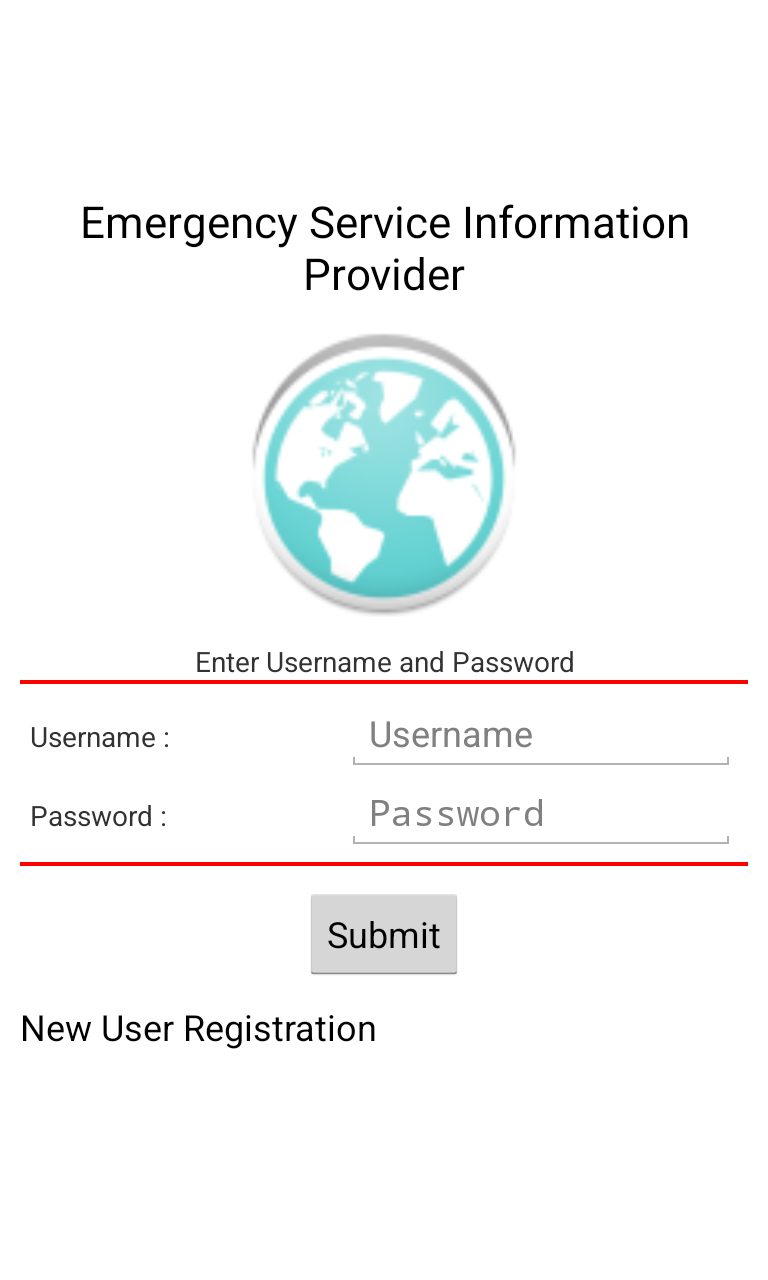
Repository: mansee8/Emergency-Service-Information-Provider
Layout: Emergency Service Information Provider/ESIP/ESIP/res/layout/home.xml
These files come from the project's save history. The layout is drawn as it stood at one moment and after the next save; the edit follows.
It is drawn on a 768 x 1280 px phone screen (xhdpi) without system bars, with theme AppTheme; the app's code is not run.

Above is the layout before, as saved 2014-02-28 09:40:48.

After the next save:
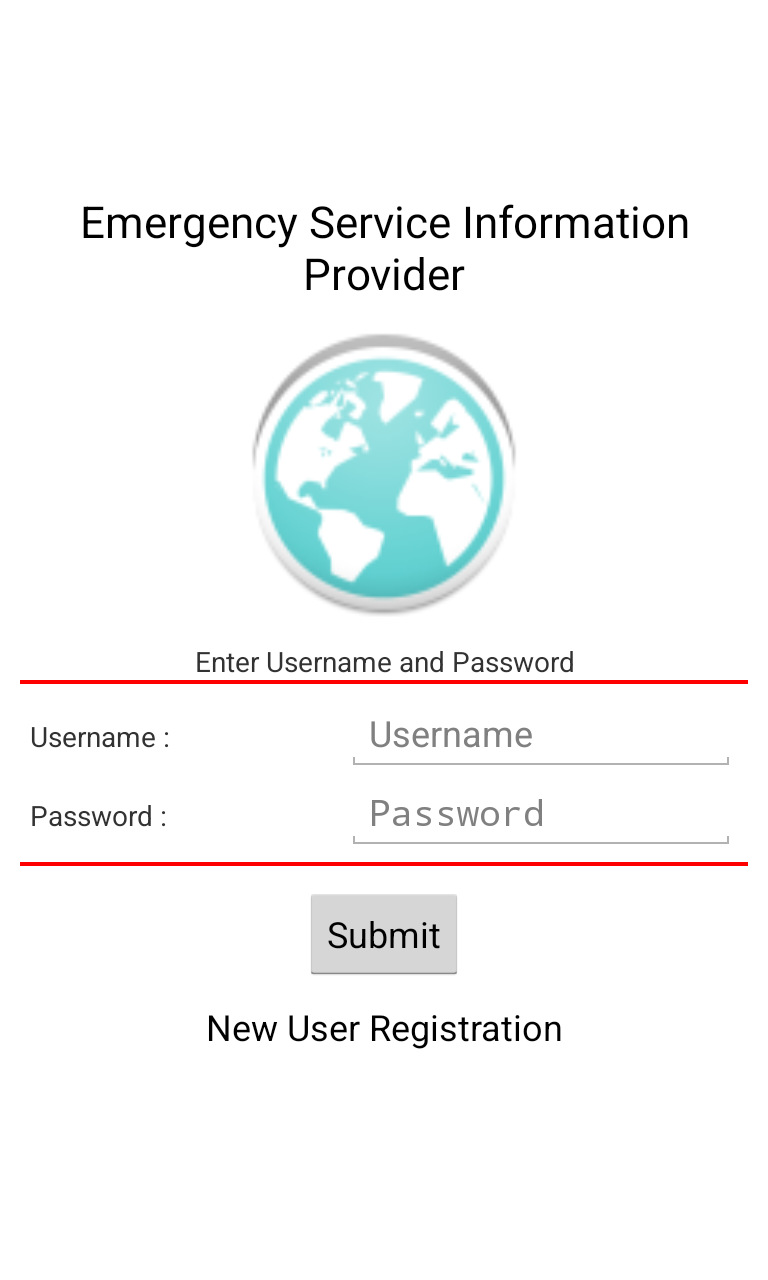
Saved 6 s later.
--- a/Emergency Service Information Provider/ESIP/ESIP/res/layout/home.xml
+++ b/Emergency Service Information Provider/ESIP/ESIP/res/layout/home.xml
@@ -2,8 +2,8 @@
 <LinearLayout xmlns:android="http://schemas.android.com/apk/res/android"
     android:layout_width="fill_parent"
     android:layout_height="fill_parent"
+    android:gravity="center_horizontal"
     android:orientation="vertical"
-    android:gravity="center_horizontal"
     android:padding="5dp" >
 
     <LinearLayout
@@ -88,10 +88,10 @@
             android:text="Submit" />
 
         <TextView
-            android:layout_gravity="center"
             android:id="@+id/newUserView"
             android:layout_width="fill_parent"
             android:layout_height="wrap_content"
+            android:gravity="center"
             android:text="New User Registration"
             android:textAppearance="?android:attr/textAppearanceMedium" />
 
